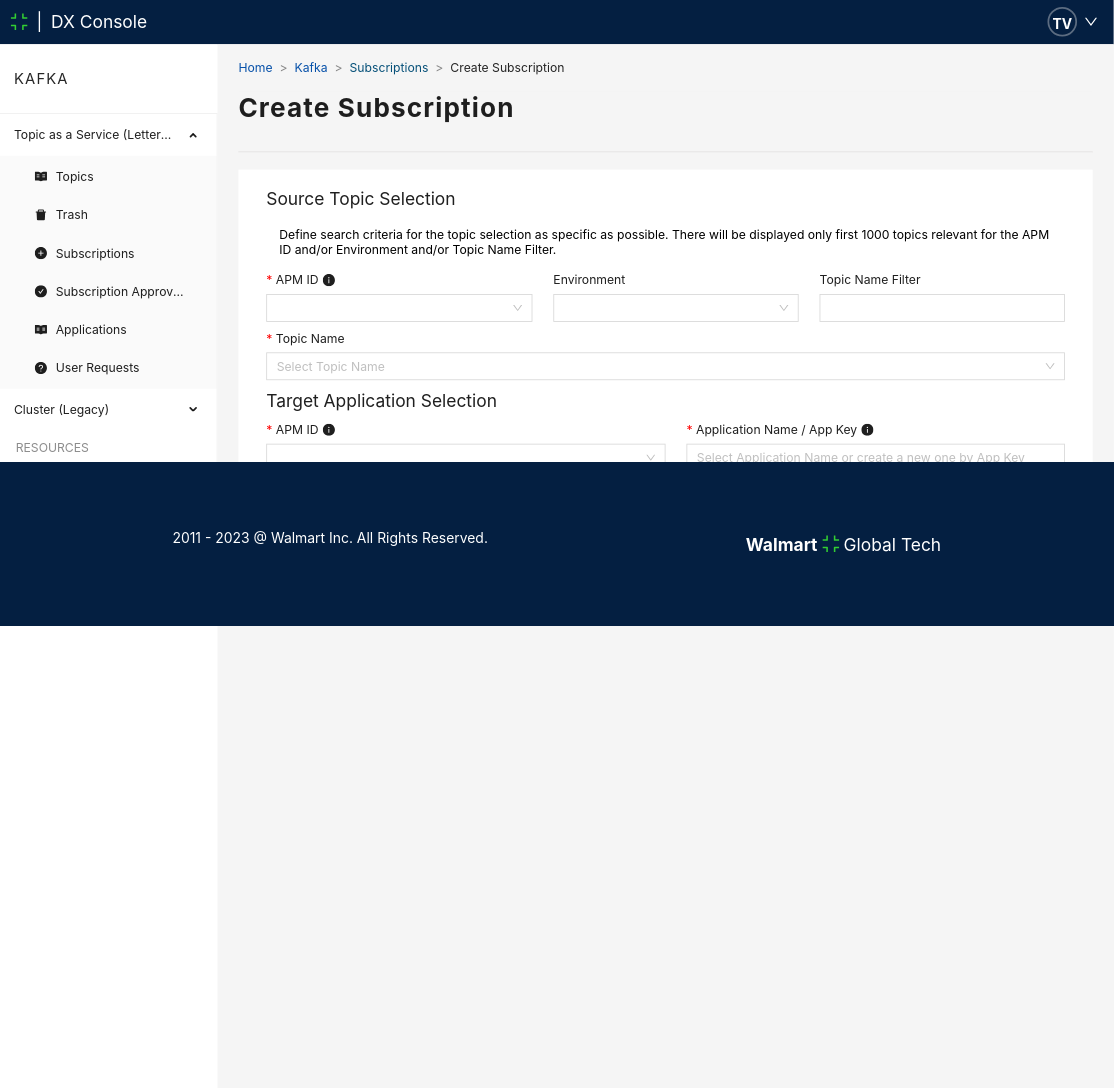
Repository: Qianying-Chai/kafka
Page: /kafka/subscriptions_active_tab=nonProxy/create-non-proxy
An editor plug-in stored every save of this project. The page is shown before and after the next save, followed by the edit.
The browser window is 1280 px wide. The pictures show the whole page, at 87% of full size.
The project was rebuilt for these pictures with package versions that can differ from the ones it lists, and the page was loaded fresh each time. Also part of the build but not shown: src/pages/Components/ComponentsTable.jsx, src/pages/Components/ComponentsInput.jsx, src/pages/Components/ComponentsPagination.jsx, src/pages/Taas/Topics/Topics.jsx, src/pages/Taas/Topics/CreateTopics/Form/DetailsForm.jsx, src/pages/Taas/Topics/CreateTopics/CreateTopic.jsx, src/pages/Taas/Trash/Style/Trash.css, src/pages/Taas/Trash/Trash.jsx and 12 more.

Above is the page before, as saved 2024-01-15 20:43:40.

After the next save:
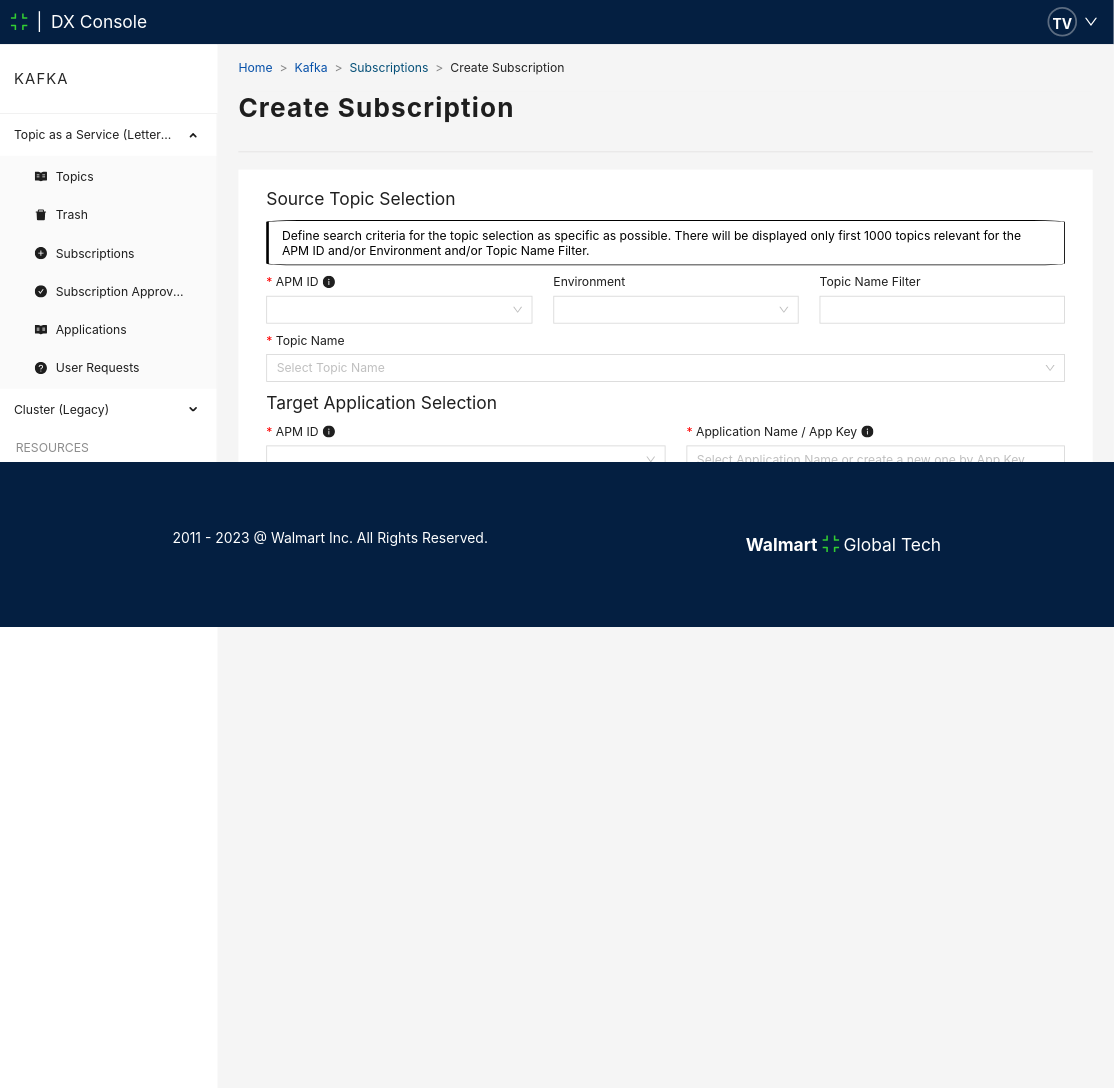
Saved 22 s later.
--- a/src/pages/Taas/Subscriptions/Style/CreateSubscriptionNonproxy.css
+++ b/src/pages/Taas/Subscriptions/Style/CreateSubscriptionNonproxy.css
@@ -4,8 +4,8 @@
 }
 
 .bordered-content {
-  border-width: 1px 1px 1px 4px;
-  /* border-left: 3px solid black; */
+  border: 1px solid black;
+  border-left: 3px solid black;
   padding: 8px 15px;
   margin: 10px 0px;
   border-radius: 4%;
